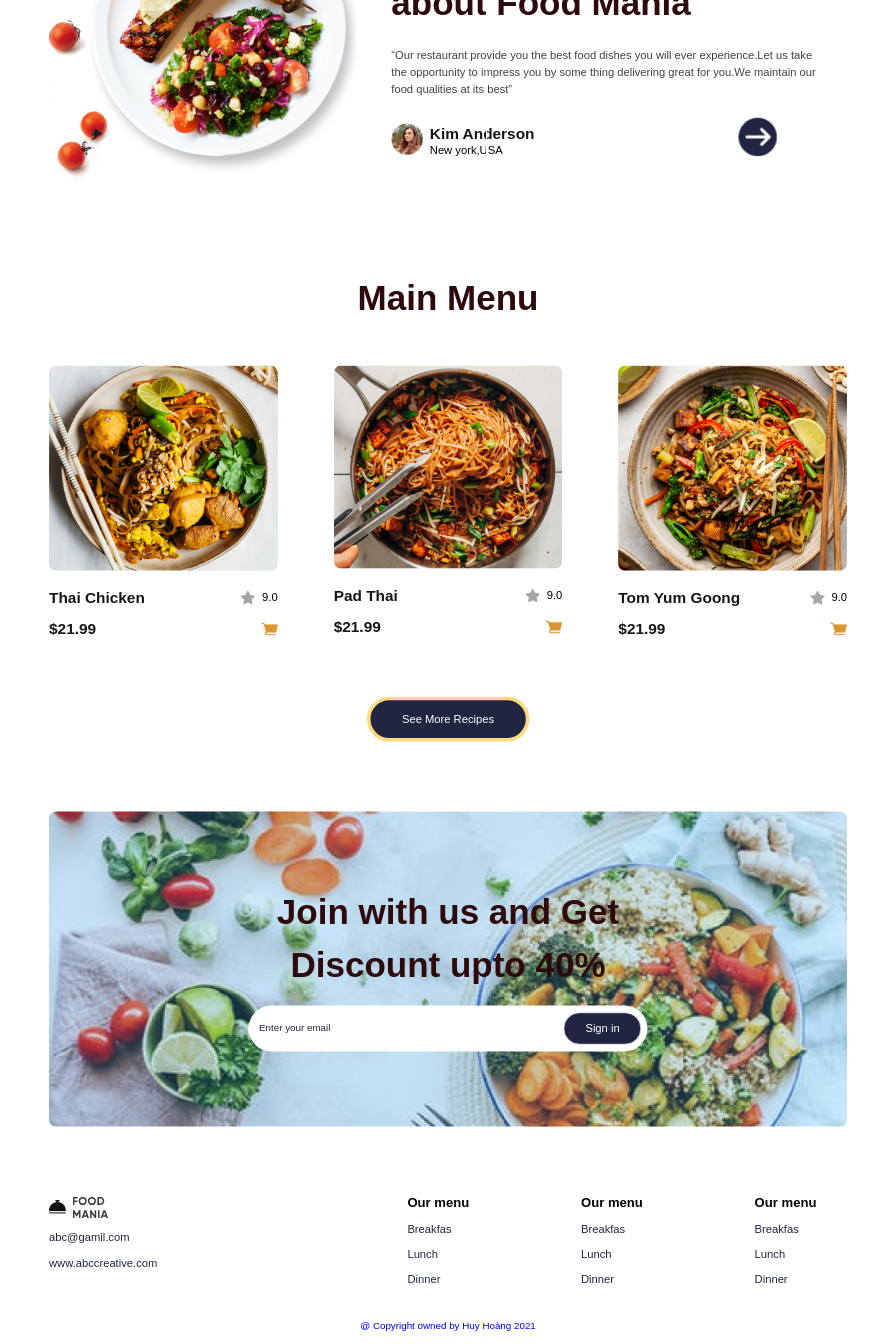
Repository: hoang0508/Figmafood
Page: index.html
An editor plug-in stored every save of this project. The page is shown before and after the next save, followed by the edit.
The browser window is 1280 px wide. The pictures show the part of the page from y = 2136 to 4056 px (the page is 4056 px tall before and 4038 px after), at 70% of full size.
Backgrounds fixed to the window are drawn as part of the page. Some web libraries are served in a nearby version. The style sheet was rebuilt from its Sass, Less or Tailwind sources for each picture, by a compiler version that may differ from the author's.

Above is the page before, as saved 2021-11-08 16:02:11.

After the next save:
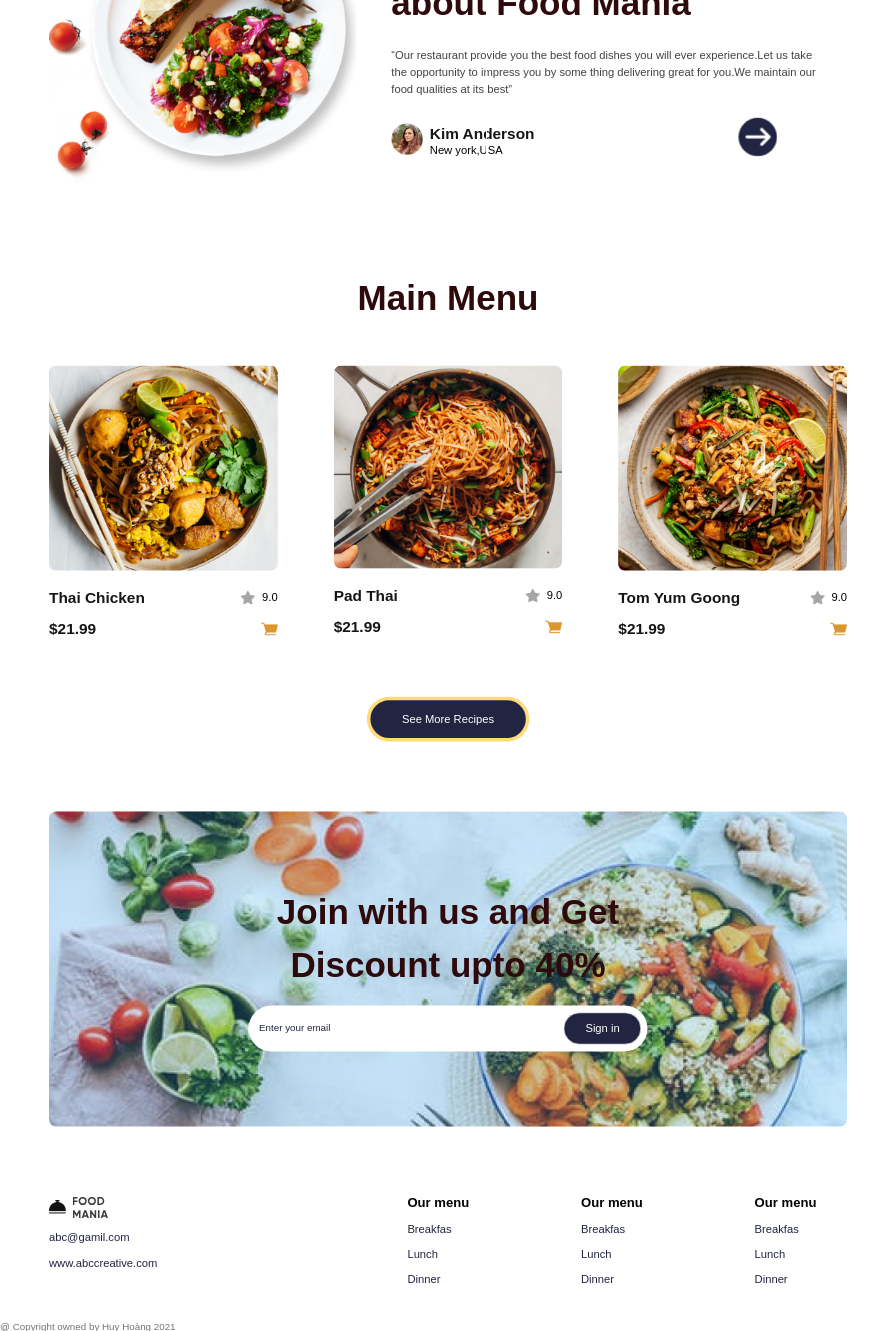
Saved 11 s later.
--- a/sass/_footer.scss
+++ b/sass/_footer.scss
@@ -23,7 +23,7 @@
   }
 }
 
-.footer-coppy {
+.footer-coppy a {
   text-align: center;
   padding-bottom: 20px;
   font-size: 14px;
